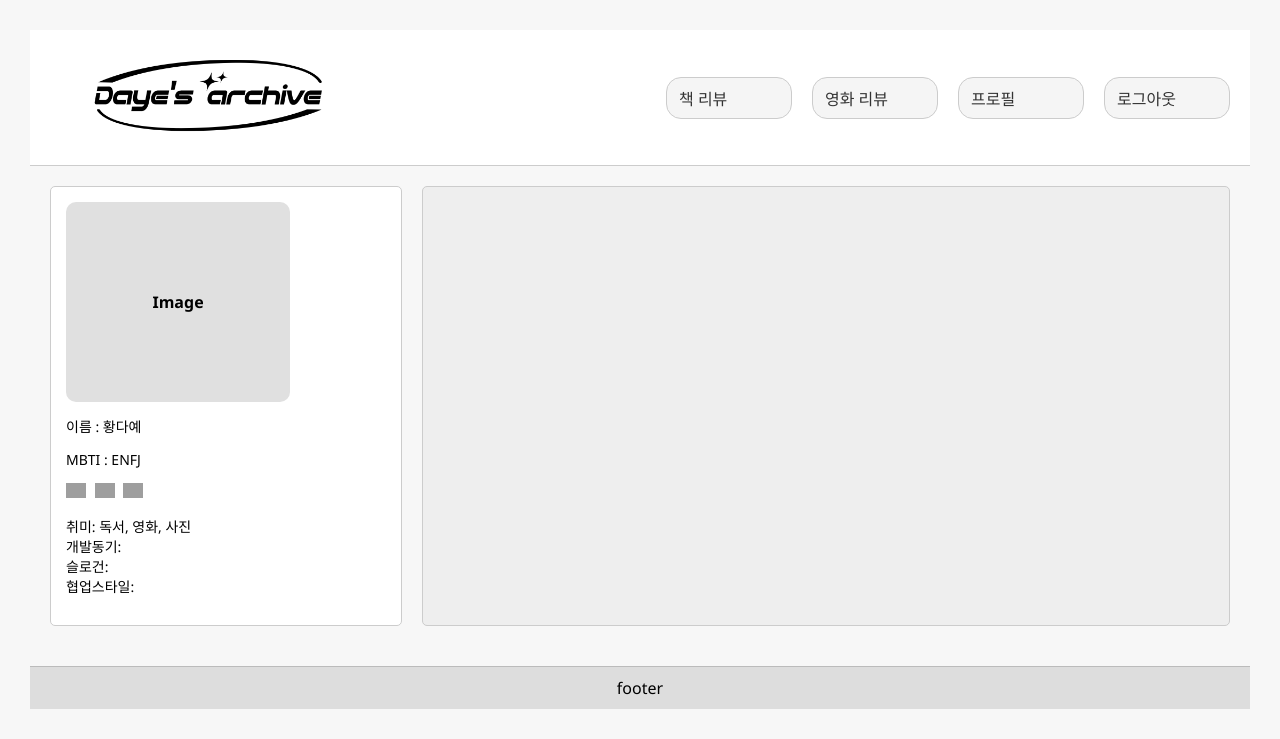
Repository: HWANG-DAYE/spring_project
Page: http://localhost/daye_archive/WEB-INF/views/main.jsp
The author's editor kept a copy of each file at every save. The page is drawn from the files as they stood at one save, then again after the next save.
The browser window is 1280 px wide. The pictures show the whole page.
Pictures or frames that could not be fetched are drawn as grey boxes. The page is served by Tomcat 9. Nobody is signed in. The template is opened directly, without the code that normally fills it, so the values that code supplies are empty.

Above is the page before, as saved 2025-08-06 06:01:16.

After the next save:
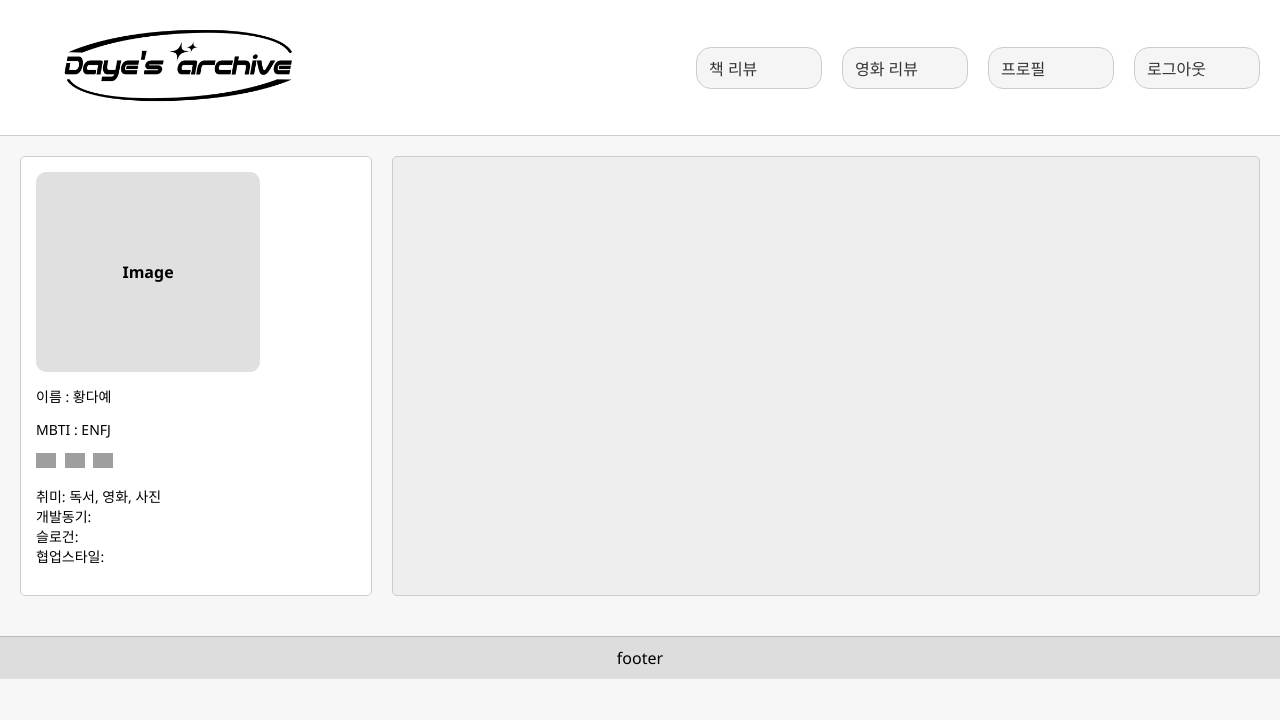
Saved 14 s later.
--- a/daye_archive/src/main/webapp/WEB-INF/views/main.jsp
+++ b/daye_archive/src/main/webapp/WEB-INF/views/main.jsp
@@ -9,7 +9,6 @@
 <style>
 body {
 	margin: 10px;
-	padding: 30px;
 	font-family: 'Segoe UI', Tahoma, Geneva, Verdana, sans-serif;
 	background-color: #f7f7f7;
 }
